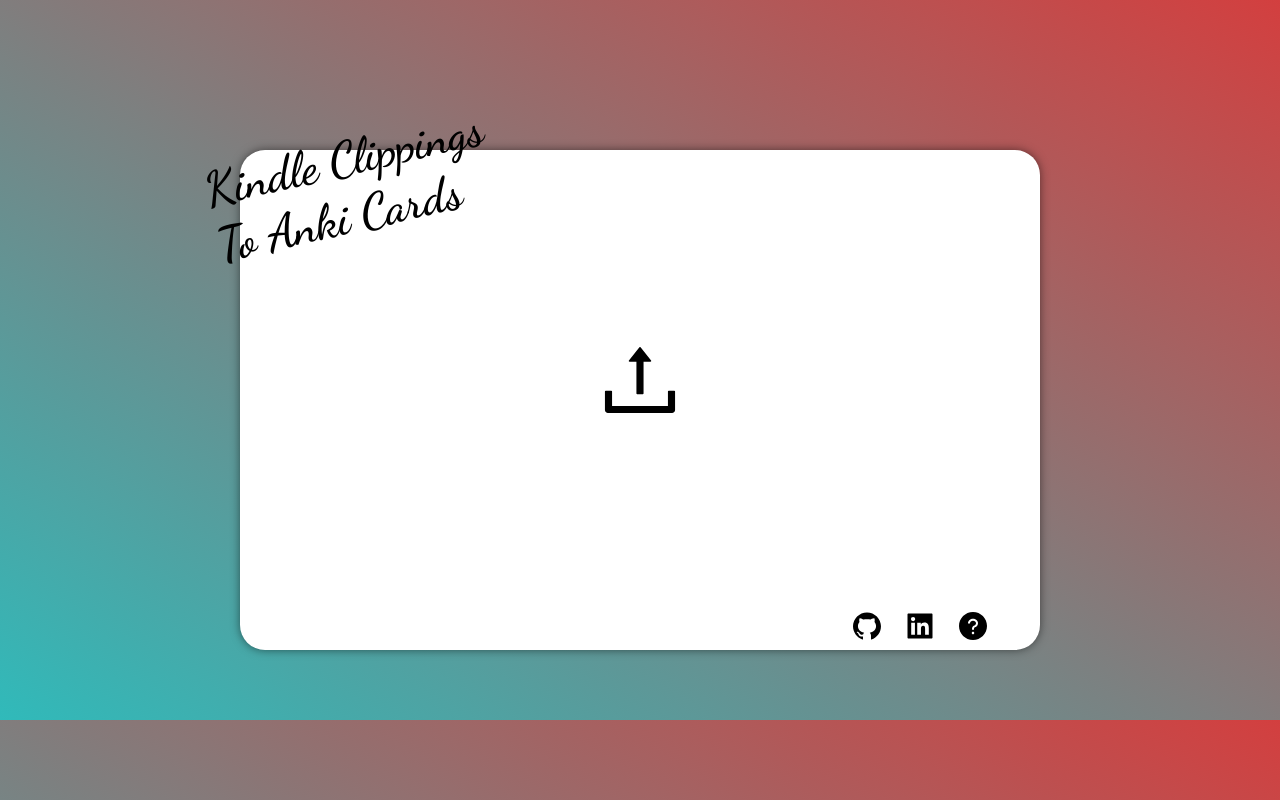
Repository: Lewisjohnward/kindle-clippings-to-cards
Page: /
These files come from the project's save history. The page is drawn as it stood at one moment and after the next save; the edit follows.
The browser window is 1280 px wide. The pictures show the whole page.
Backgrounds fixed to the window are drawn as part of the page. The project was rebuilt for these pictures with package versions that can differ from the ones it lists, and the page was loaded fresh each time.

Above is the page before, as saved 2021-10-29 13:12:19.

### public/index.html
<!DOCTYPE html>
<html lang="en">
  <head>
    <meta charset="utf-8" />
    <link rel="icon" href="%PUBLIC_URL%/favicon.ico" />
    <meta name="viewport" content="width=device-width, initial-scale=1" />
    <meta name="theme-color" content="#000000" />
    <meta
      name="description"
      content="Web site created using create-react-app"
    />
    <link rel="apple-touch-icon" href="%PUBLIC_URL%/logo192.png" />
    <!--
      manifest.json provides metadata used when your web app is installed on a
      user's mobile device or desktop. See https://developers.google.com/web/fundamentals/web-app-manifest/
    -->
    <link rel="manifest" href="%PUBLIC_URL%/manifest.json" />
    <link rel="preconnect" href="https://fonts.googleapis.com">
<link rel="preconnect" href="https://fonts.gstatic.com" crossorigin>
<link href="https://fonts.googleapis.com/css2?family=Dancing+Script:wght@600&display=swap" rel="stylesheet">
    <!--
      Notice the use of %PUBLIC_URL% in the tags above.
      It will be replaced with the URL of the `public` folder during the build.
      Only files inside the `public` folder can be referenced from the HTML.

      Unlike "/favicon.ico" or "favicon.ico", "%PUBLIC_URL%/favicon.ico" will
      work correctly both with client-side routing and a non-root public URL.
      Learn how to configure a non-root public URL by running `npm run build`.
    -->
    <title>React App</title>
  </head>
  <body>
    <noscript>You need to enable JavaScript to run this app.</noscript>
    <div id="root"></div>
    <!--
      This HTML file is a template.
      If you open it directly in the browser, you will see an empty page.

      You can add webfonts, meta tags, or analytics to this file.
      The build step will place the bundled scripts into the <body> tag.

      To begin the development, run `npm start` or `yarn start`.
      To create a production bundle, use `npm run build` or `yarn build`.
    -->
  </body>
</html>

### src/index.js
import React from "react"
import ReactDOM from "react-dom"
import App from "./App"
ReactDOM.render(<App />, document.getElementById('root'))

### src/App.js
import { useRef } from "react";
import styled, { createGlobalStyle } from "styled-components";
import { AiOutlineUpload, AiFillGithub, AiFillLinkedin, AiFillQuestionCircle} from "react-icons/ai";

const GlobalStyle = createGlobalStyle`
    body{
        height: 100%;
        margin: 0;
        padding: 0;
        background-repeat: no-repeat;
        background-attachment: fixed;
        background-image: linear-gradient(
            30deg,
            rgb(48, 186, 186),
            rgb(211, 63, 63)
        );


    }
`;

const Frame = styled.div`
  display: flex;
  align-items: center;
  justify-content: center;
  height: 800px;
`;

const MainContainer = styled.div`
  position: relative;
  width: 800px;
  height: 500px;
  border-radius: 25px;
  background: white;
  box-shadow: 0px 0px 10px 0px rgba(0, 0, 0, 0.5);
`;
const TitleContainer = styled.div`
  position: absolute;
  top: -4%;
  left:  -4%;
  transform: rotate(-13deg);
  font-family: "Dancing Script", cursive;
  font-size: 3rem;
`;
const Title = styled.p`
  margin: 0;
  padding: 0;
`;

const CenterContainer = styled.div`
  display: flex;
  justify-content: center;
  align-items: center;
  height: 92%;
`;

const UploadIcon = styled(AiOutlineUpload)`
  font-size: 6em;
  color: black;
  cursor: pointer;

  &:hover {
    transform: scale(1.05);
    text-shadow: 0px 0px 10px rgba(0, 0, 0, 0.2);
  }
`;

const ExternalLinkContainer = styled.div`
  position: absolute;
  right: 5%;
  display: flex;
  justify-content: space-around;
  align-items: center;
  width: 20%;
  font-size: 2em;
  color: black;
  cursor: pointer;

  & > *:hover {
    transform: scale(1.05);
    text-shadow: 0px 0px 10px rgba(0, 0, 0, 0.2);
  }
`;

const GithubIcon = styled(AiFillGithub)`
`;
const LinkedinIcon = styled(AiFillLinkedin)`
`;
const QuestionIcon = styled(AiFillQuestionCircle)`
`;


const Input = styled.input.attrs({
  type: "file",
})`
  display: none;
`;

const App = () => {
  const inputFile = useRef(null);

  const onButtonClick = () => {
    // `current` points to the mounted file input element
    inputFile.current.click();
  };

  return (
    <>
      <GlobalStyle />
      <Frame>
        <MainContainer>
          <TitleContainer>
            <Title>Kindle Clippings</Title>
            <Title>To Anki Cards</Title>
          </TitleContainer>
          <CenterContainer>
            <UploadIcon onClick={onButtonClick} />
            <Input ref={inputFile} />
          </CenterContainer>
          <ExternalLinkContainer>
            <GithubIcon />
            <LinkedinIcon />
            <QuestionIcon />
          </ExternalLinkContainer>
        </MainContainer>
      </Frame>
    </>
  );
};

export default App;

After the next save:
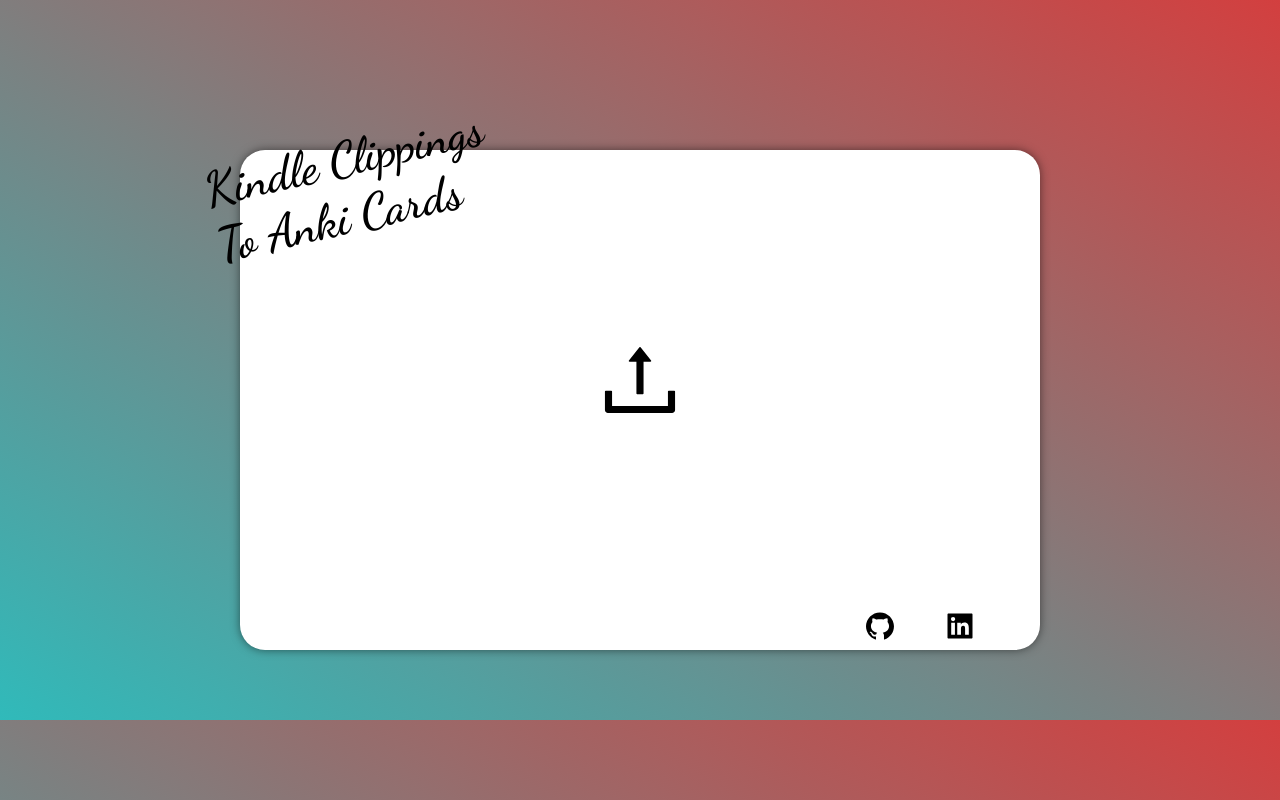
Saved 22 s later.
--- a/src/App.js
+++ b/src/App.js
@@ -120,7 +120,7 @@
           <ExternalLinkContainer>
             <GithubIcon />
             <LinkedinIcon />
-            <QuestionIcon />
+
           </ExternalLinkContainer>
         </MainContainer>
       </Frame>
